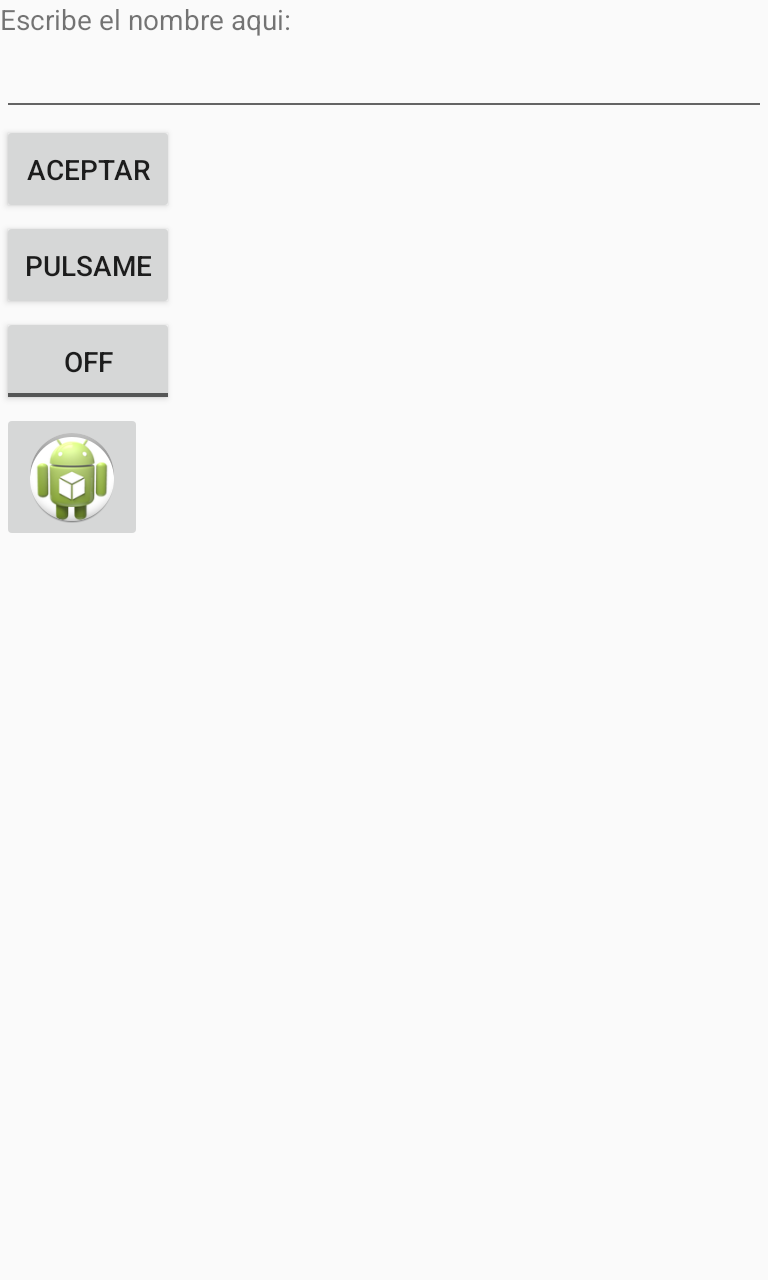
Repository: miguegit/android
Layout: FirstOne/res/layout/activity_main.xml
The author's editor kept a copy of each file at every save. The layout is drawn from the files as they stood at one save, then again after the next save.
It is drawn on a 768 x 1280 px phone screen (xhdpi) without system bars, with theme AppTheme; the app's code is not run.

Above is the layout before, as saved 2014-04-25 18:47:58.

After the next save:
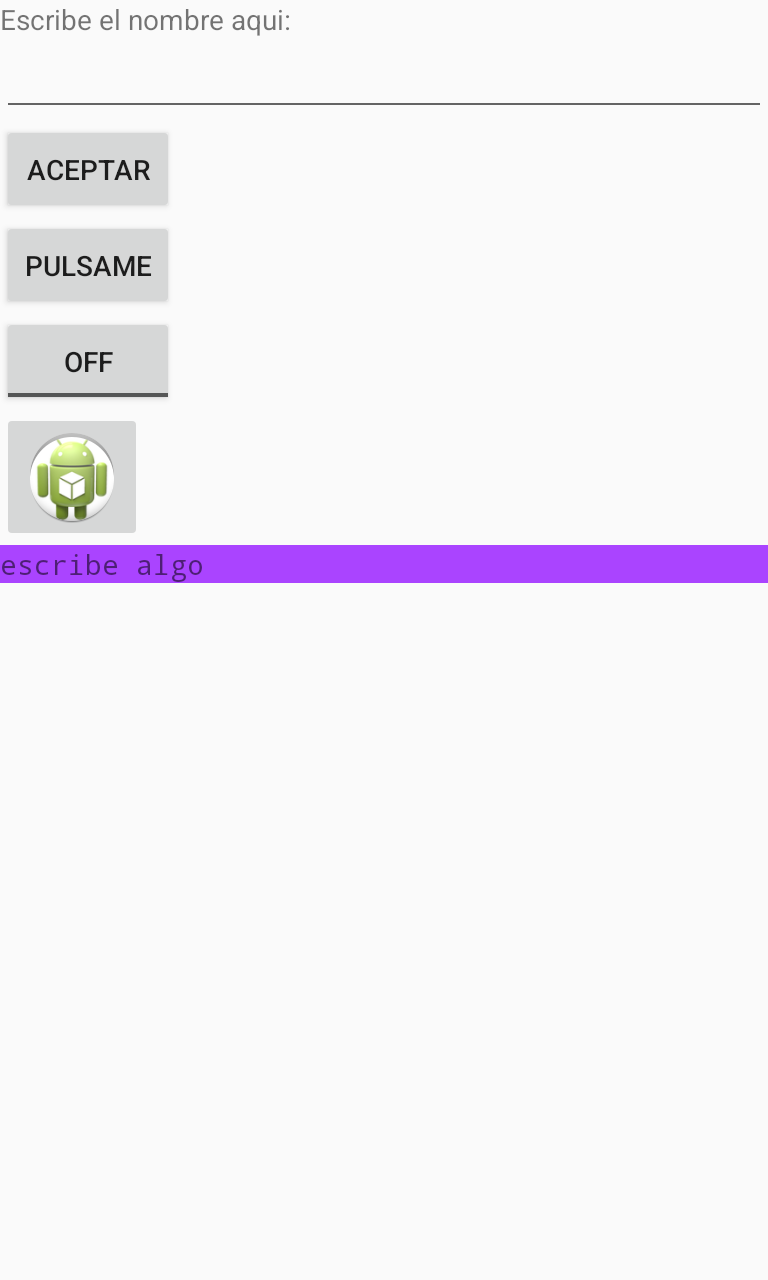
Saved 15 s later.
--- a/FirstOne/res/layout/activity_main.xml
+++ b/FirstOne/res/layout/activity_main.xml
@@ -42,7 +42,7 @@
     android:src="@drawable/ic_launcher" />
 
     <TextView android:id="@+id/LblEtiqueta"
-    android:layout_width="matchfill_parent"
+    android:layout_width="match_parent"
     android:layout_height="wrap_content"
     android:text="escribe algo"
     android:background="#AA44FF"
